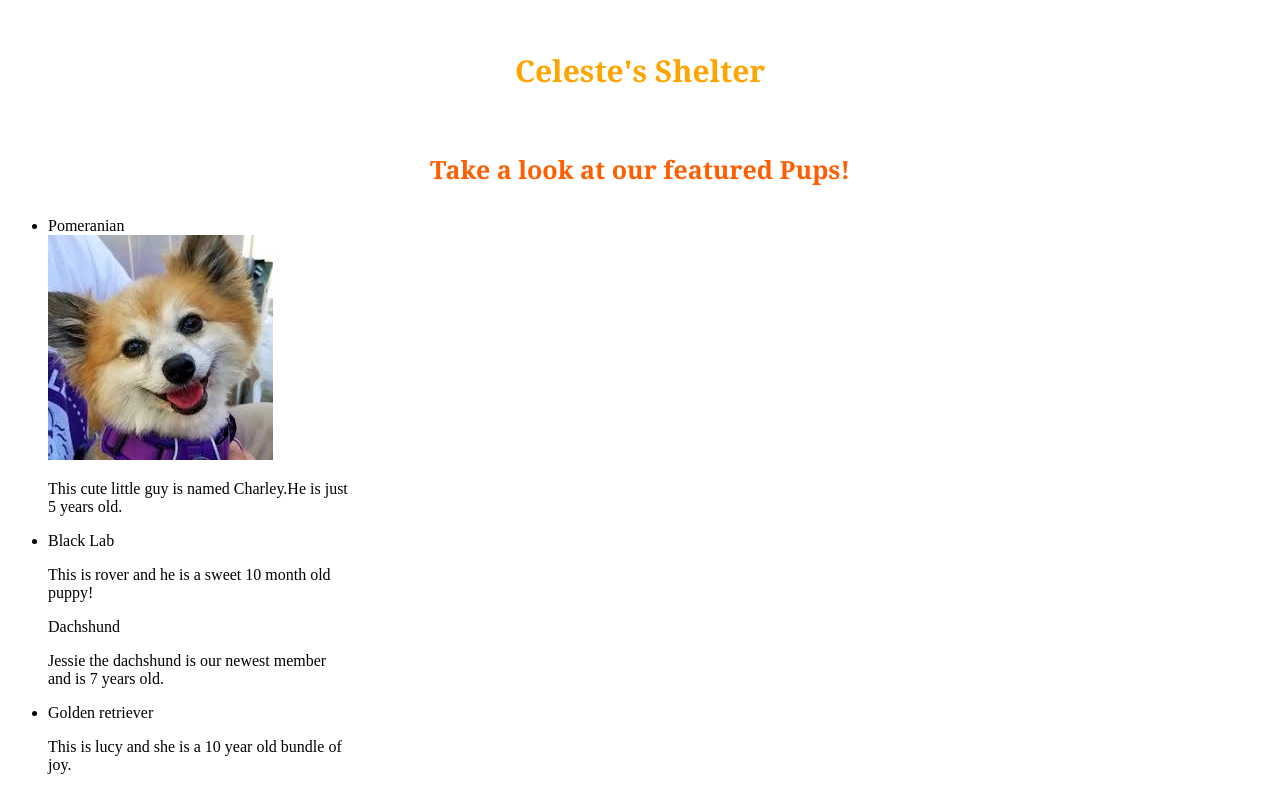
Repository: fieldceleste/animal-shelter
Page: animal-shelter.html
The author's editor kept a copy of each file at every save. The page is drawn from the files as they stood at one save, then again after the next save.
The browser window is 1280 px wide. The pictures show the whole page.

Above is the page before, as saved 2019-10-30 17:52:04.

### animal-shelter.html
<!DOCTYPE html>
  <html>
   <head>
  <link href="css/styles.css" rel="stylesheet" type="text/css">
  <title>Celeste's Animal Shelter</title>
</head>
<body>
    <h1>Celeste's Shelter</h1>
<h2>Take a look at our featured Pups!</h2>

<ul>
<div class="ul"></div>
<li>Pomeranian</li>
 <img src="img/pom.jpeg" alt="picture of Pomeranian" />
<p>This cute little guy is named Charley.He is just 5 years old. </p>
<li>Black Lab</li>
<p>This is rover and he is a sweet 10 month old puppy!</p>
<lil>Dachshund</lil>
<p>Jessie the dachshund is our newest member and is 7 years old.</p>
<li>Golden retriever</li>
<p>This is lucy and she is a 10 year old bundle of joy.</p>
</div>
</ul>


</body>






</html>

### css/styles.css

h1{
    font-family: Georgia, 'Times New Roman', Times, serif;
    font-size: 30px;
    color: orange;
    padding: 30px;
    text-align: center;
}
h2{
    font-family: Georgia, 'Times New Roman', Times, serif;
    font-size: 25px;
    color: rgb(255, 94, 0);
    padding: 10px;
    text-align: center;

}
ul{
    width:300px;
    height:400px
    float:left


}

After the next save:
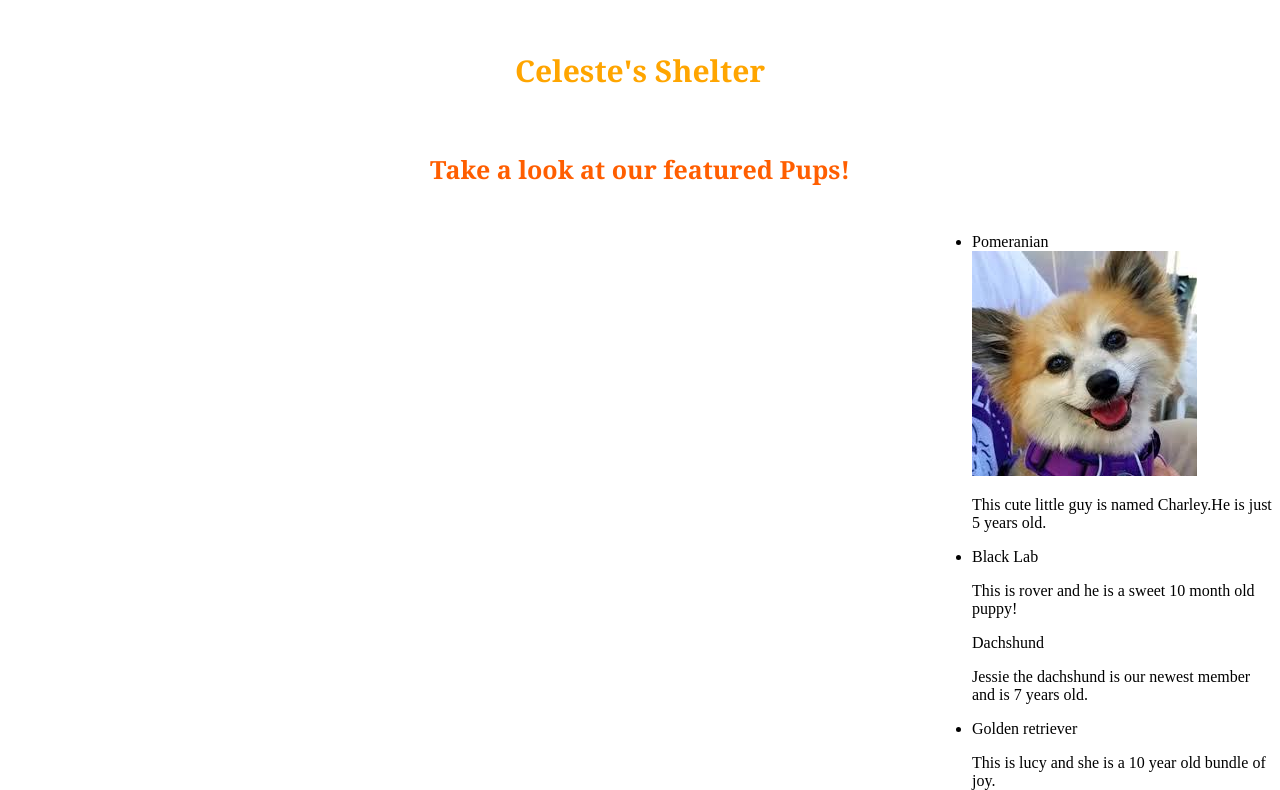
Saved 14 s later.
--- a/css/styles.css
+++ b/css/styles.css
@@ -16,8 +16,8 @@ h2{
 }
 ul{
     width:300px;
-    height:400px
-    float:left
+    height:400px;
+    float:right;
 
 
 }
